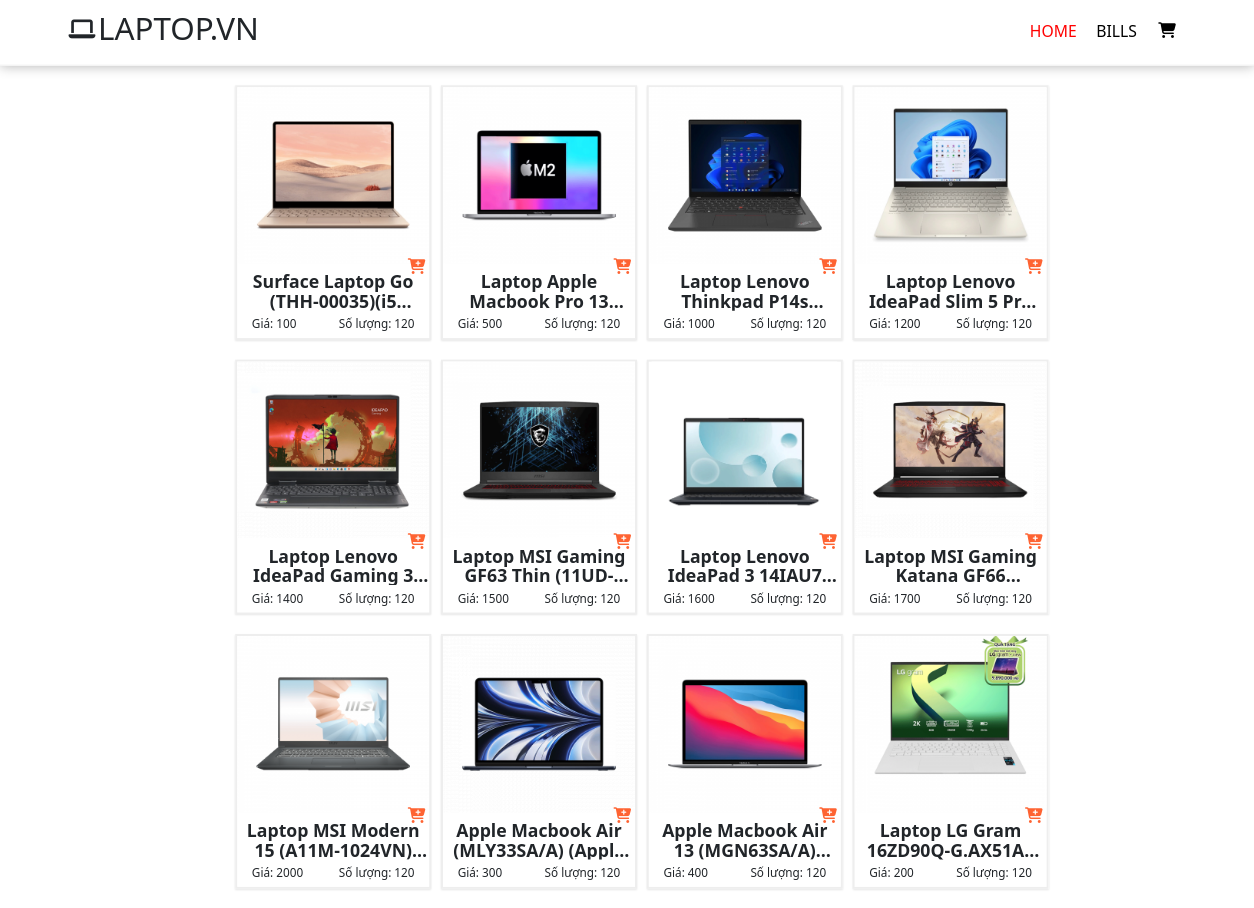
Repository: nguyenhaidang212/danh-sach-ban-hang
Page: index.html
These files come from the project's save history. The page is drawn as it stood at one moment and after the next save; the edit follows.
The browser window is 1280 px wide. The pictures show the whole page, at 98% of full size.
The page's requests for data from a server got no answer. Some web libraries are served in a nearby version.

Above is the page before, as saved 2023-04-15 03:44:19.

After the next save:
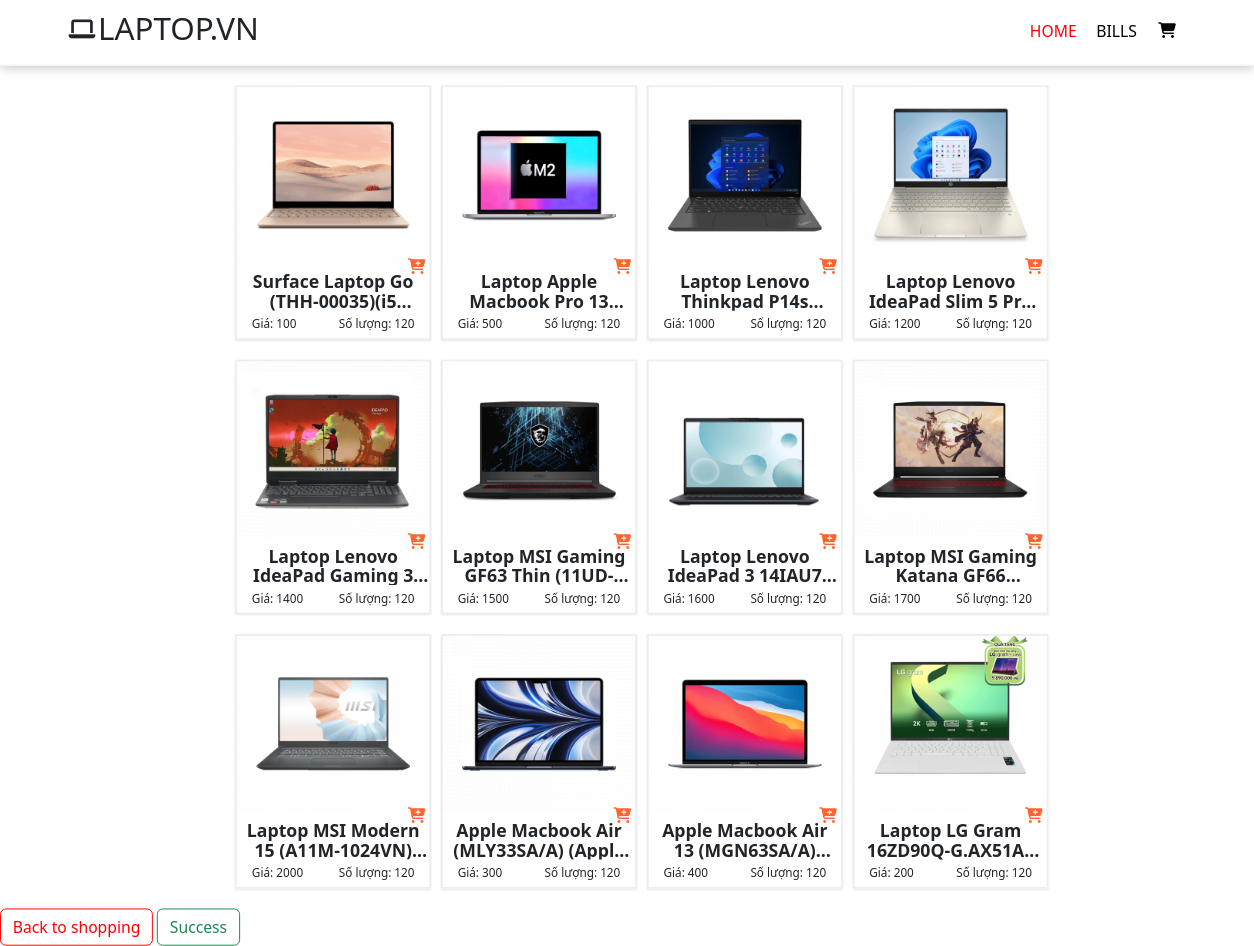
Saved 115 s later.
--- a/index.html
+++ b/index.html
@@ -255,9 +255,12 @@
         </div>
       </div>
     </div>
-    <div class="order_success"></div>
-    <div class="alert alert-success">
-      Bạn đã đặt hàng thành công !
+    <div class="order_success">
+      <div class="alert alert-success">
+        Bạn đã đặt hàng thành công !
+      </div>
+      <button type="button" class="btn btn-outline-primary btn_back">Back to shopping</button>
+      <button type="button" class="btn btn-outline-success btn_success">Success</button>
     </div>
   </body>
   <script src="./javascript/variable.js"></script>

After the save that followed:
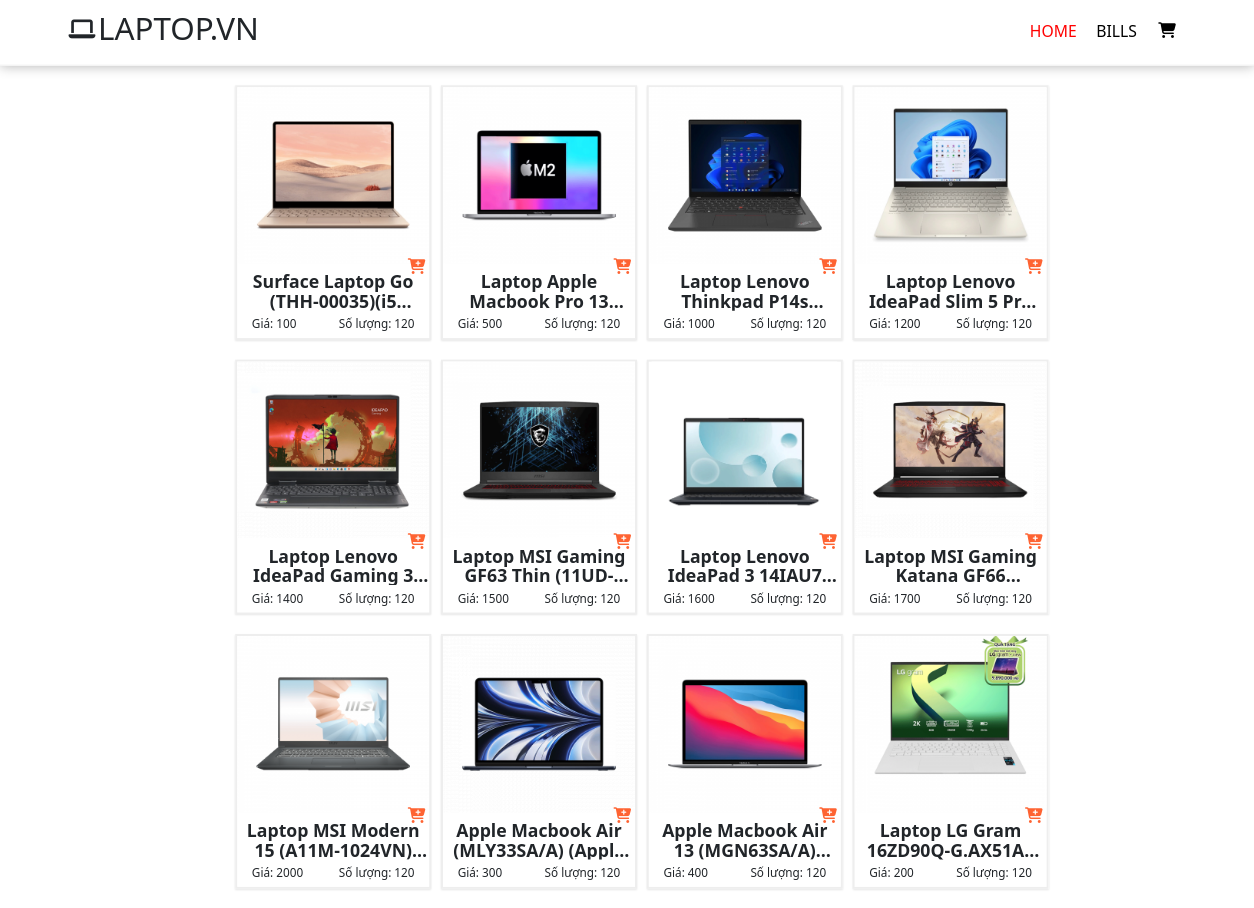
Saved 25 s later.
--- a/style/style.css
+++ b/style/style.css
@@ -469,8 +469,10 @@
   border-radius: 8px;
   cursor: pointer;
 }
+.order_success {
+  display: none;
+}
 .alert-success {
-  display: none;
   width: 300px;
   text-align: center;
   margin: auto;
